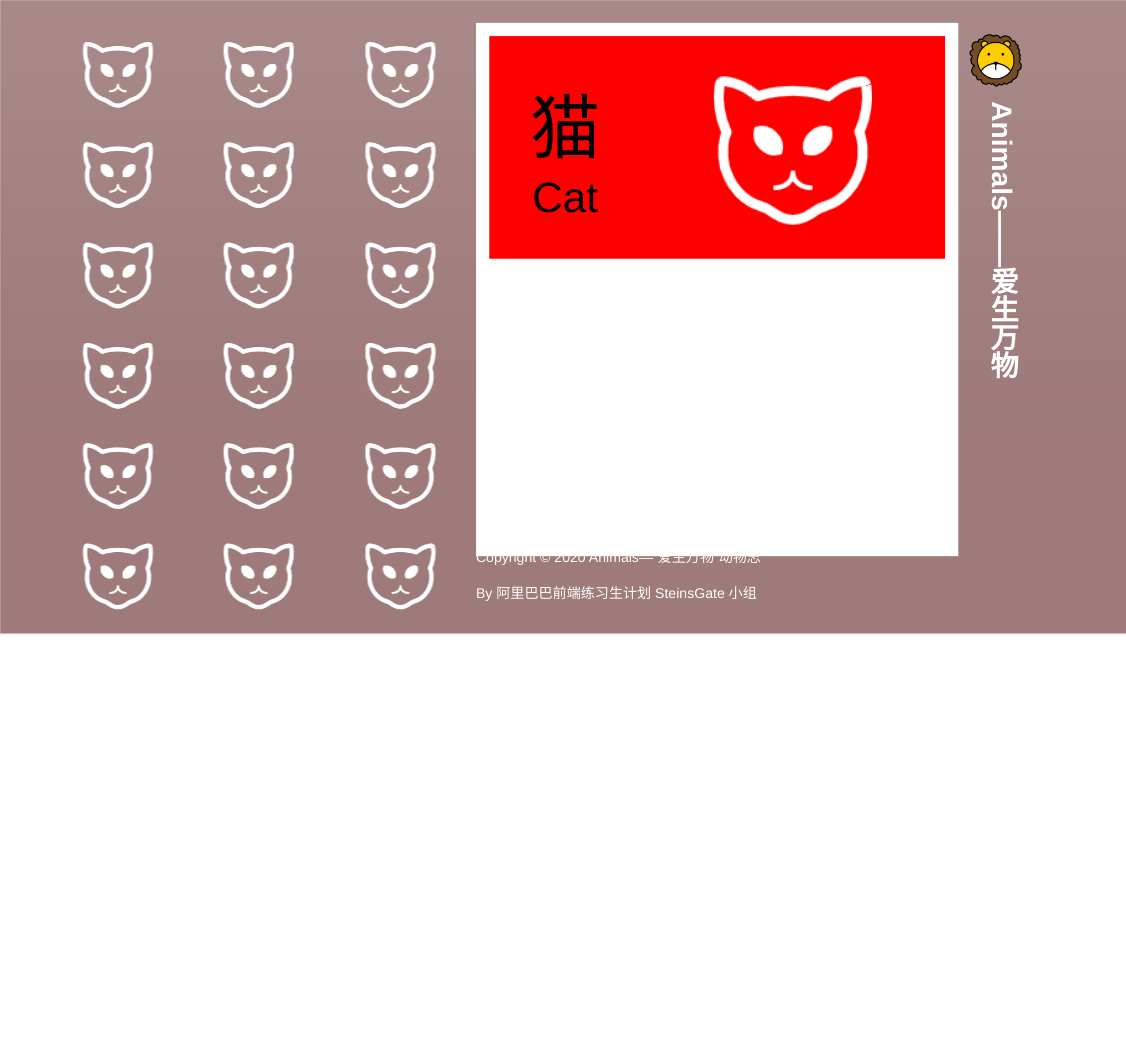
Repository: Whiskeyi/Animals
Page: /
An editor plug-in stored every save of this project. The page is shown before and after the next save, followed by the edit.
The browser window is 1280 px wide. The pictures show the whole page, at 88% of full size.
The project was rebuilt for these pictures with package versions that can differ from the ones it lists, and the page was loaded fresh each time.

Above is the page before, as saved 2021-11-15 23:58:25.

### public/index.html
<!DOCTYPE html>
<html lang="en">
  <head>
    <meta charset="utf-8">
    <meta http-equiv="X-UA-Compatible" content="IE=edge">
    <meta name="viewport" content="width=device-width,initial-scale=1.0">
    <link rel="icon" href="<%= BASE_URL %>favicon.ico">
    <title>Animals</title>
  </head>
  <body>
    <noscript>
      <strong>We're sorry but animals doesn't work properly without JavaScript enabled. Please enable it to continue.</strong>
    </noscript>
    <div id="app"></div>
    <!-- built files will be auto injected -->
  </body>
</html>

### src/main.js
import Vue from 'vue'
import App from './App.vue'
import router from './router'
import store from './store'
import './plugins/element.js' // 引入element-ui

Vue.config.productionTip = false

new Vue({
  router,
  store,
  render: h => h(App)
}).$mount('#app')

### src/App.vue
<template>
  <div id="app">
    <!-- 入口 -->
    <router-view/>
  </div>
</template>

<style lang="scss">
#app {
  font-family: 'Avenir', Helvetica, Arial, sans-serif;
  -webkit-font-smoothing: antialiased;
  -moz-osx-font-smoothing: grayscale;
}

html, body {  // 去除白边
    width: 100%;
    height: 100%;
    margin: 0;
    padding: 0;
    position: relative;
}

</style>

### src/router.js
// 路由
import Vue from 'vue'
import Router from 'vue-router'
import Home from './views/Home.vue'

Vue.use(Router)

export default new Router({
  mode: 'history',
  base: process.env.BASE_URL,
  routes: [
    {
      path: '/',
      name: 'home',
      component: Home
    }
  ]
})

### src/plugins/element.js
// 引入element-ui
import Vue from 'vue'

import ElementUI from 'element-ui';
import 'element-ui/lib/theme-chalk/index.css';

Vue.use(ElementUI);

### src/views/Home.vue
<template>
  <div class="home">
    <!-- 背景+光泽效果 -->
    <div class="bg">
      <Gloss></Gloss>
    </div>
    <!-- 页面容器 -->
    <div class="container">
      <!-- 左侧展示模块 -->
      <div id="leftContainer">
        <LeftMain></LeftMain>
      </div>
      <!-- 右侧展示模块 -->
      <div id="rightContainer">
        <!-- 输出信息 -->
          <Info></Info>
          <!-- 右侧标题 -->
          <RightHead></RightHead>
          <!-- 尾部 -->
          <Footer></Footer>
      </div>
    </div>
  </div>
</template>

<script>
// @ is an alias to /src
// 组件引入
import Gloss from '@/components/Gloss'
import Footer from '@/components/Footer'
import Info from '@/components/Info'
import RightHead from '@/components/right-head'
import LeftMain from '@/components/left-main'

export default {
  name: 'home',
  components: {
    Gloss,Footer,Info,RightHead,LeftMain
  }
}
</script>

<style lang="scss" scoped>
.home {
  // 滚动条样式修改（待定）
}
.bg {
  height: 100%;
  width: 100%;
  background-color:rgb(158, 122, 122);
  position: fixed;
  transition: background-color 2s ease-in; // 背景颜色2S过渡
  filter: blur(0.5px); // 背景高斯模糊
  // z-index: -9; //暂时注释,影响调试
}
#leftContainer {
  position: absolute;
  left: 10%;
  width: 30%;
  height: 100%;
  margin: 0 auto;
}
#rightContainer {
  position: fixed;
  right: 10%;
  width: 50%;
  height: 100%;
  margin: 0 auto;
}
@media screen and (max-width: 1440px) { // 屏幕小于1440px样式
  #leftContainer {
  position: absolute;
  left: 5%;
  width: 36%;
  height: 100%;
  margin: 0 auto;
}
#rightContainer {
  position: fixed;
  right: 5%;
  width: 54%;
  height: 100%;
  margin: 0 auto;
}
}
</style>

### src/components/Gloss/index.vue
<template>
<!-- 实现光泽效果,丰富背景颜色 -->
<div id="gloss"></div>
</template>

<script>
export default {

}
</script>

<style lang="scss" scoped>
#gloss {
    position: fixed;
    width: 100%;
    height: 478px;
    background: url('../../assets/gloss.png') repeat-x;
    // z-index: -8;  //暂时注释,影响调试
}
</style>

### src/components/Footer/index.vue
<template>
  <div class="footerContainer">
      <p>Copyright © 2020 Animals—“爱生万物”动物志</p>
      <p>By 阿里巴巴前端练习生计划 SteinsGate 小组</p>
  </div>
</template>

<script>
export default {

}
</script>

<style lang="scss" scoped>
.footerContainer {
    position: fixed;
    bottom: 0;
    font-size: 1rem;
    color:#fff;
    margin:0 0 20px 16px;
}
</style>

### src/components/Info/index.vue
<template>
  <div class="infoContainer">
    <Introduce></Introduce>
    <HabbitVoice></HabbitVoice>
    <IntroduceBottom></IntroduceBottom>
  </div>
</template>

<script>
import Introduce from './Introduce'
import HabbitVoice from './habbit-voice'
import IntroduceBottom from './introduce-bottom'
export default {
  name: 'Info',
  components: {
    Introduce, HabbitVoice, IntroduceBottom
  }
}
</script>

<style lang="scss" scoped>
.infoContainer {
    float: left;
    z-index: 10000;
    width: 82%;
    height: 80%;
    margin: 26px 0 0 16px;
    padding: 15px 15px;
    background-color: #fff;
}
.infoContainer logo {
    position: absolute;
}
@media screen and (max-width: 1440px) { // 屏幕小于1440px样式
  .infoContainer {
    float: left;
    z-index: 10000;
    width: 75%;
    height: 80%;
    margin: 26px 0 0 16px;
    background-color: #fff;
}
}
</style>

### src/components/right-head/index.vue
<template>
  <div class="rightHeadContainer">
      <el-image class="logo" alt="logo" :src="require('@/icons/index.png')"></el-image>
      <h1 class="vertical">Animals——爱生万物</h1>
  </div>
</template>

<script>
export default {

}
</script>

<style lang="scss" scoped>
.rightHeadContainer {
    float: left;
    height: 400px;
    width: 100px;
    margin: 26px 0 0 16px;
}
.vertical {
    writing-mode: vertical-lr;
    padding-left: 5px;
    color: #fff;
}
@media screen and (max-width: 1440px) { // 屏幕小于1440px样式
    .rightHeadContainer {
        float: left;
        height: 400px;
        width:85px;
        margin: 26px 0 0 0;
    }
    .vertical {
        writing-mode: vertical-lr;
        padding-right: 0;
        color: #fff;
    }
}
</style>

### src/components/left-main/index.vue
<template>
  <div class="leftContainer">
    <el-row :gutter="20" type="flex" justify="center">
      <el-col :span="8">
        <el-image class="logo" alt="logo" :src="require('@/icons//animals/cat.png')"></el-image>
      </el-col>
      <el-col :span="8">
        <el-image class="logo" alt="logo" :src="require('@/icons//animals/cat.png')"></el-image>
      </el-col>
      <el-col :span="8">
        <el-image class="logo" alt="logo" :src="require('@/icons//animals/cat.png')"></el-image>
      </el-col>
    </el-row>
    <el-row :gutter="20" type="flex" justify="center">
      <el-col :span="8">
        <el-image class="logo" alt="logo" :src="require('@/icons//animals/cat.png')"></el-image>
      </el-col>
      <el-col :span="8">
        <el-image class="logo" alt="logo" :src="require('@/icons//animals/cat.png')"></el-image>
      </el-col>
      <el-col :span="8">
        <el-image class="logo" alt="logo" :src="require('@/icons//animals/cat.png')"></el-image>
      </el-col>
    </el-row>
    <el-row :gutter="20" type="flex" justify="center">
      <el-col :span="8">
        <el-image class="logo" alt="logo" :src="require('@/icons//animals/cat.png')"></el-image>
      </el-col>
      <el-col :span="8">
        <el-image class="logo" alt="logo" :src="require('@/icons//animals/cat.png')"></el-image>
      </el-col>
      <el-col :span="8">
        <el-image class="logo" alt="logo" :src="require('@/icons//animals/cat.png')"></el-image>
      </el-col>
    </el-row>
    <el-row :gutter="20" type="flex" justify="center">
      <el-col :span="8">
        <el-image class="logo" alt="logo" :src="require('@/icons//animals/cat.png')"></el-image>
      </el-col>
      <el-col :span="8">
        <el-image class="logo" alt="logo" :src="require('@/icons//animals/cat.png')"></el-image>
      </el-col>
      <el-col :span="8">
        <el-image class="logo" alt="logo" :src="require('@/icons//animals/cat.png')"></el-image>
      </el-col>
    </el-row>
    <el-row :gutter="20" type="flex" justify="center">
      <el-col :span="8">
        <el-image class="logo" alt="logo" :src="require('@/icons//animals/cat.png')"></el-image>
      </el-col>
      <el-col :span="8">
        <el-image class="logo" alt="logo" :src="require('@/icons//animals/cat.png')"></el-image>
      </el-col>
      <el-col :span="8">
        <el-image class="logo" alt="logo" :src="require('@/icons//animals/cat.png')"></el-image>
      </el-col>
    </el-row>
    <el-row :gutter="20" type="flex" justify="center">
      <el-col :span="8">
        <el-image class="logo" alt="logo" :src="require('@/icons//animals/cat.png')"></el-image>
      </el-col>
      <el-col :span="8">
        <el-image class="logo" alt="logo" :src="require('@/icons//animals/cat.png')"></el-image>
      </el-col>
      <el-col :span="8">
        <el-image class="logo" alt="logo" :src="require('@/icons//animals/cat.png')"></el-image>
      </el-col>
    </el-row>
    <el-row :gutter="20" type="flex" justify="center">
      <el-col :span="8">
        <el-image class="logo" alt="logo" :src="require('@/icons//animals/cat.png')"></el-image>
      </el-col>
      <el-col :span="8">
        <el-image class="logo" alt="logo" :src="require('@/icons//animals/cat.png')"></el-image>
      </el-col>
      <el-col :span="8">
        <el-image class="logo" alt="logo" :src="require('@/icons//animals/cat.png')"></el-image>
      </el-col>
    </el-row>
    <el-row :gutter="20" type="flex" justify="center">
      <el-col :span="8">
        <el-image class="logo" alt="logo" :src="require('@/icons//animals/cat.png')"></el-image>
      </el-col>
      <el-col :span="8">
        <el-image class="logo" alt="logo" :src="require('@/icons//animals/cat.png')"></el-image>
      </el-col>
      <el-col :span="8">
        <el-image class="logo" alt="logo" :src="require('@/icons//animals/cat.png')"></el-image>
      </el-col>
    </el-row>
    <el-row :gutter="20" type="flex" justify="center">
      <el-col :span="8">
        <el-image class="logo" alt="logo" :src="require('@/icons//animals/cat.png')"></el-image>
      </el-col>
      <el-col :span="8">
        <el-image class="logo" alt="logo" :src="require('@/icons//animals/cat.png')"></el-image>
      </el-col>
      <el-col :span="8">
        <el-image class="logo" alt="logo" :src="require('@/icons//animals/cat.png')"></el-image>
      </el-col>
    </el-row>
    <el-row :gutter="20" type="flex" justify="center">
      <el-col :span="8">
        <el-image class="logo" alt="logo" :src="require('@/icons//animals/cat.png')"></el-image>
      </el-col>
      <el-col :span="8">
        <el-image class="logo" alt="logo" :src="require('@/icons//animals/cat.png')"></el-image>
      </el-col>
      <el-col :span="8">
        <el-image class="logo" alt="logo" :src="require('@/icons//animals/cat.png')"></el-image>
      </el-col>
    </el-row>
  </div>
</template>

<script>
export default {

}
</script>

<style lang="scss" scoped>
.leftContainer {
  padding: 30px 0;
  width: 100%;
  text-align: center;
}
.leftContainer .logo {
  width: 110px;
  height: 110px;
  padding: 20px 0;
}
 @media screen and (max-width: 1440px) { // 屏幕小于1440px样式
  .leftContainer .logo {
    height: 80px;
    width: 80px;
    padding: 15px 0;
  }
 }
</style>

### src/components/Info/Introduce/index.vue
<template>
  <div class="introduce">
      <el-row>
          <el-col :span="8">
              <div class="title">猫</div>
              <div class="subTitle">Cat</div>
          </el-col>
          <el-col :span="16">
            <el-image class="logo" alt="logo" :src="require('@/icons//animals/cat.png')"></el-image>
          </el-col>
      </el-row>
  </div>
</template>

<script>
export default {

}
</script>

<style lang="scss" scoped>
.introduce {
    background-color: red;
    height: 30%;
    width: 100%;
    text-align: center;
    padding: 40px 0;
}
.logo {
    height: 180px;
    width: 180px;
}
.title {
    font-size: 80px;
}
.subTitle {
    font-size: 48px;
}
</style>

### src/components/Info/habbit-voice/index.vue
<template>

</template>

<script>
export default {

}
</script>

<style lang="scss" scoped>

</style>

### src/components/Info/introduce-bottom/index.vue
<template>
</template>

<script>
export default {

}
</script>

<style lang="scss" scoped>

</style>

Loaded but not shown: src/store.js (common file)

After the next save:
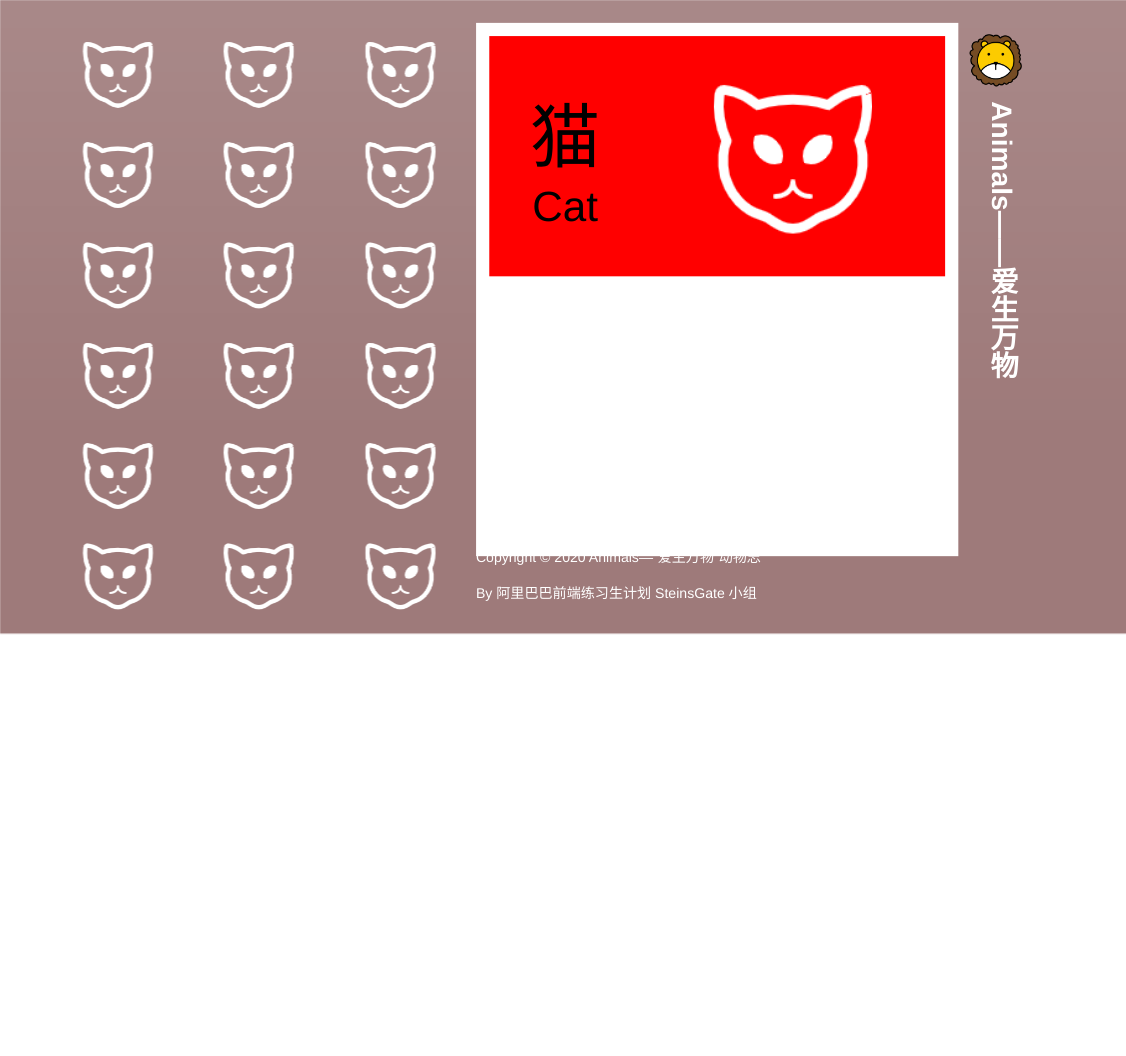
Saved 6 s later.
--- a/src/components/Info/Introduce/index.vue
+++ b/src/components/Info/Introduce/index.vue
@@ -24,7 +24,7 @@ export default {
     height: 30%;
     width: 100%;
     text-align: center;
-    padding: 40px 0;
+    padding: 50px 0;
 }
 .logo {
     height: 180px;
